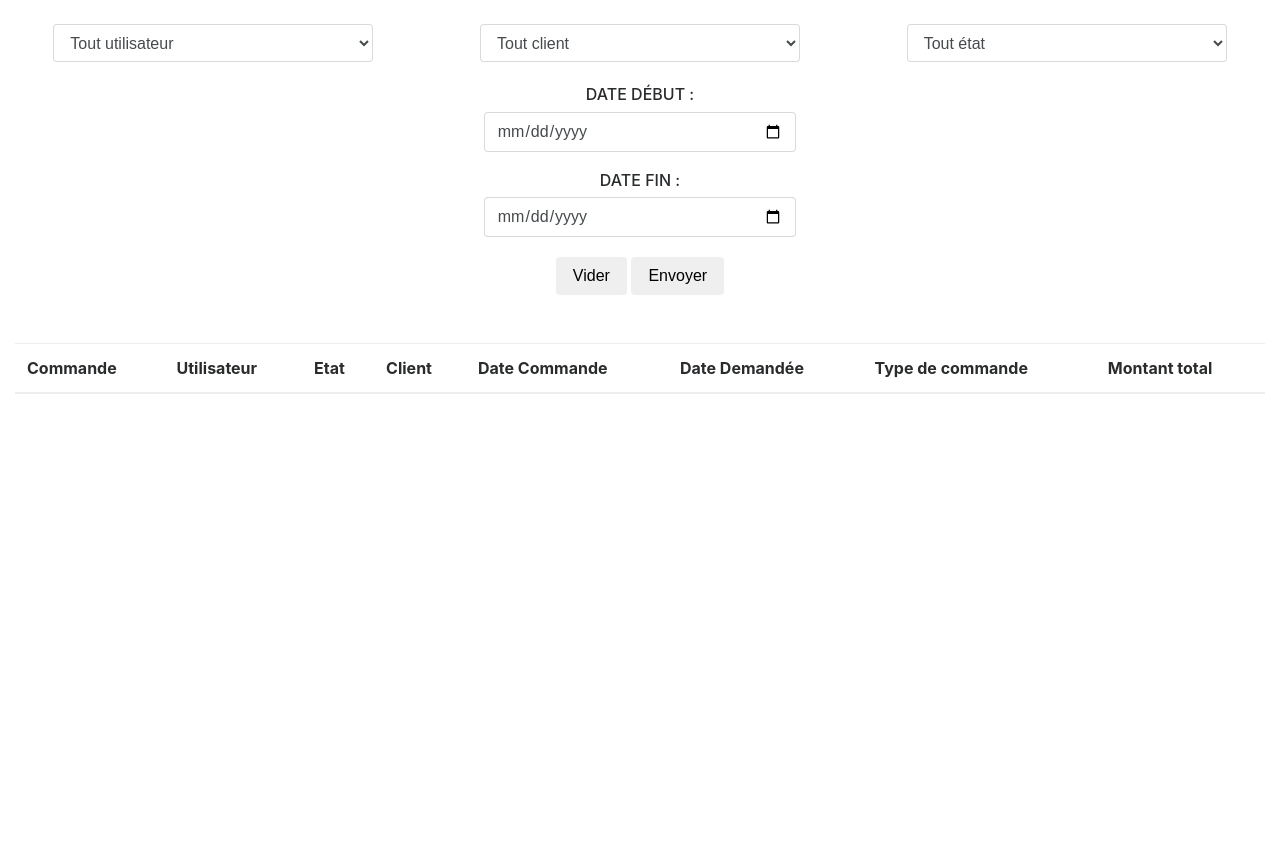
Repository: vmele/Cote
Page: http://localhost/PPE4_VMELE/reporting.jsp
An editor plug-in stored every save of this project. The page is shown before and after the next save, followed by the edit.
The browser window is 1280 px wide. The pictures show the whole page.
Some web libraries are served in a nearby version. The page is served by Tomcat 9. Queries for data that is not in the repository find no rows.

Above is the page before, as saved 2017-05-31 16:42:54.
Console error (its wording comes from the project's code and is left out).

After the next save:
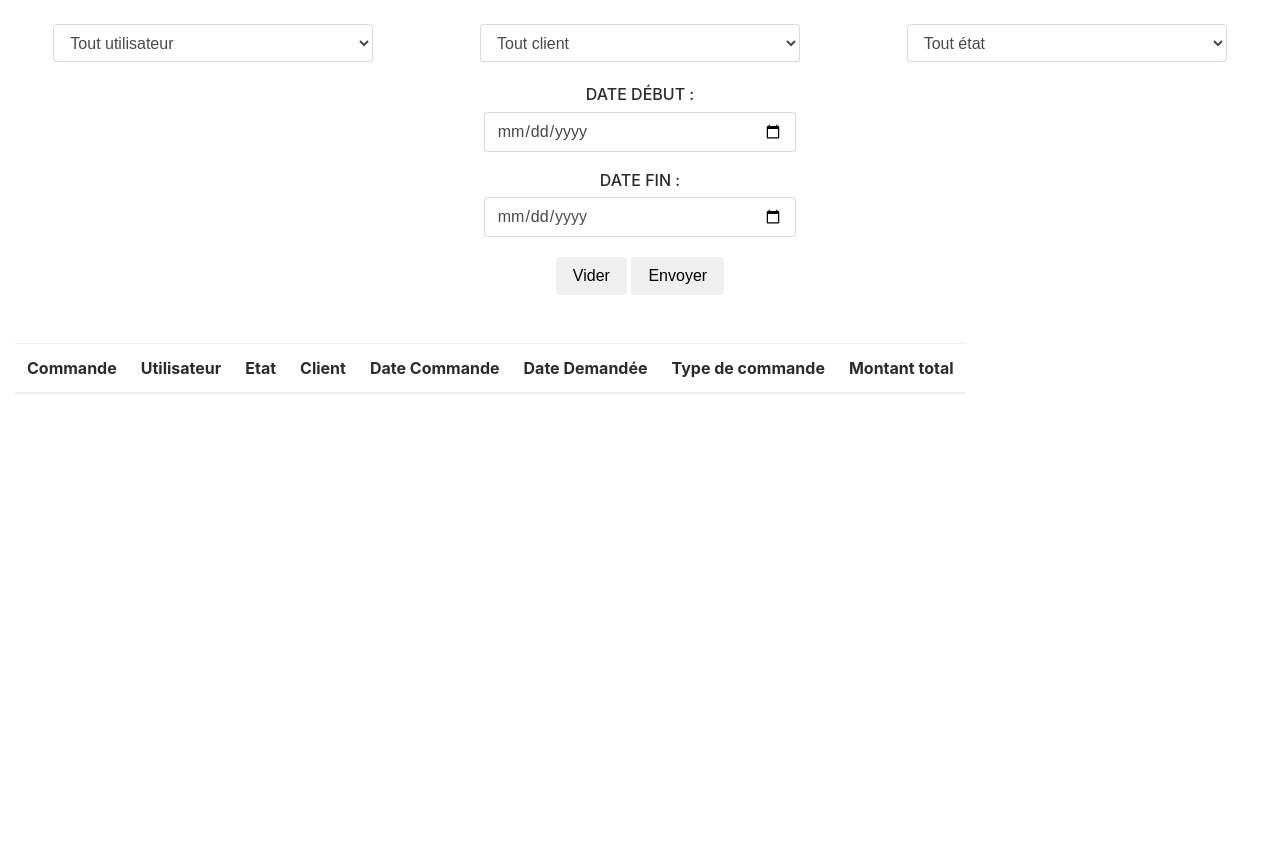
Saved 107 s later.
--- a/Workspace/PPE4_VMELE/WebContent/reporting.jsp
+++ b/Workspace/PPE4_VMELE/WebContent/reporting.jsp
@@ -210,9 +210,8 @@
 		</script>
 
 
-	<div class="tableScroll">
 		<table id="dataTable" cellspacing="0" width="100%"
-			class="table table-striped">
+			class="table table-striped table-responsive">
 			<thead>
 				<tr>
 					<th>Commande</th>
